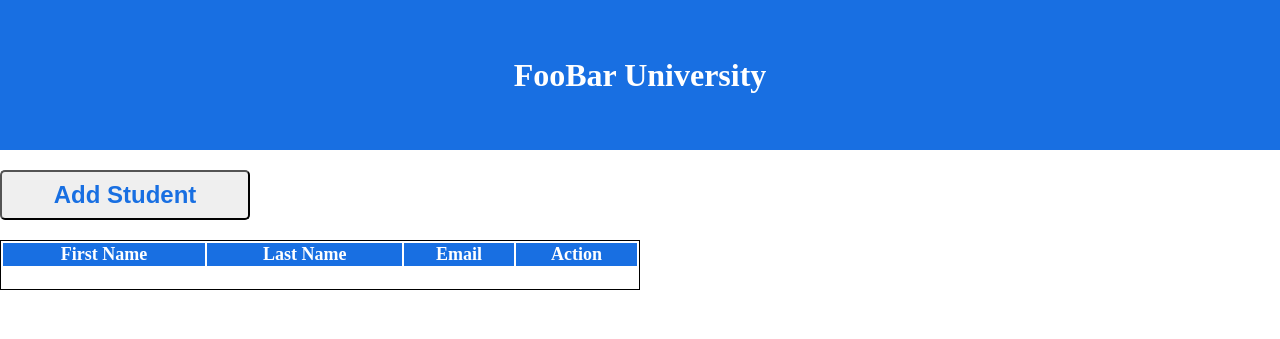
Repository: theslayer2964/Ahihihaha
Page: http://localhost/web_student_tracker/StudentControllerServlet
An editor plug-in stored every save of this project. The page is shown before and after the next save, followed by the edit.
The browser window is 1280 px wide. The pictures show the whole page.
The page is served by Tomcat 9. Queries for data that is not in the repository find no rows.

Above is the page before, as saved 2022-03-05 08:11:27.

After the next save:
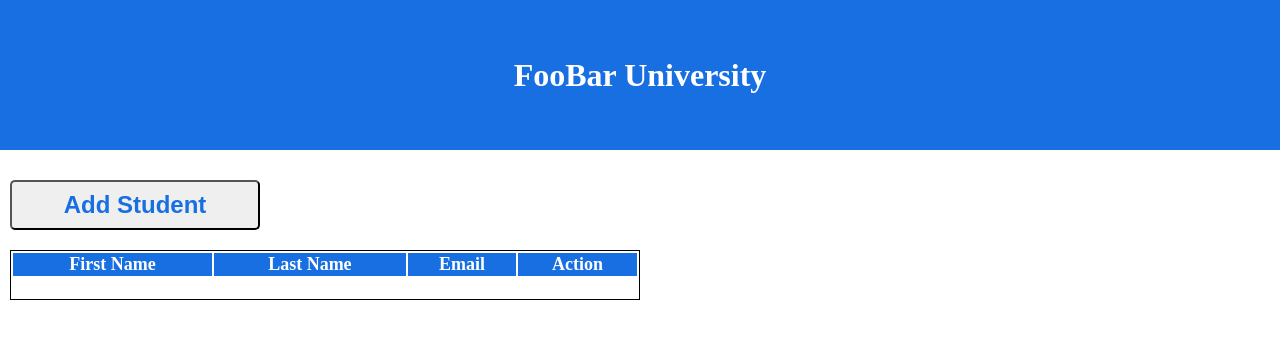
Saved 36 s later.
--- a/web_student_tracker/src/main/webapp/list_student.jsp
+++ b/web_student_tracker/src/main/webapp/list_student.jsp
@@ -14,7 +14,7 @@
 			<h2 style="margin-top: 0px">FooBar University</h2>
 		</div>
 	</div>
-	<div class="container">
+	<div id="container">
 		<div class="content">
 			<input type="button" value="Add Student"
 				onclick="window.location.href='add-student-form.jsp';return false;"

After the save that followed:
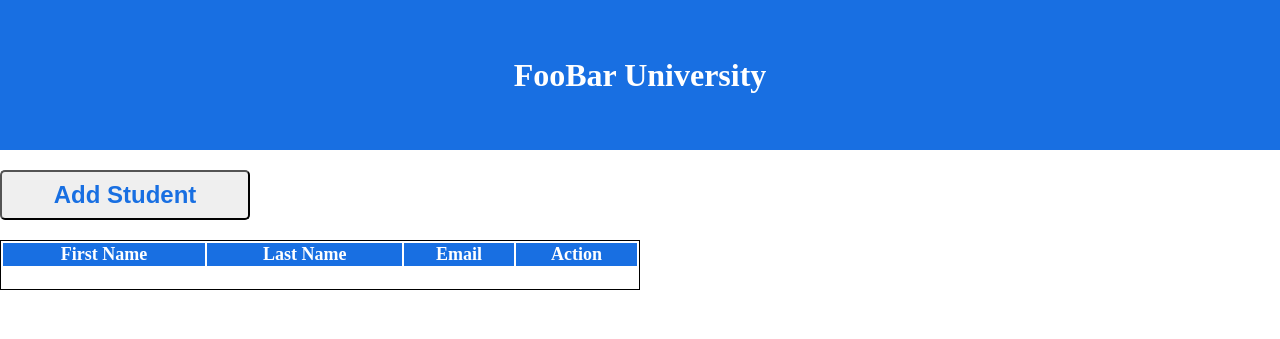
Saved 10 s later.
--- a/web_student_tracker/src/main/webapp/list_student.jsp
+++ b/web_student_tracker/src/main/webapp/list_student.jsp
@@ -14,7 +14,7 @@
 			<h2 style="margin-top: 0px">FooBar University</h2>
 		</div>
 	</div>
-	<div id="container">
+	<div class="container">
 		<div class="content">
 			<input type="button" value="Add Student"
 				onclick="window.location.href='add-student-form.jsp';return false;"
